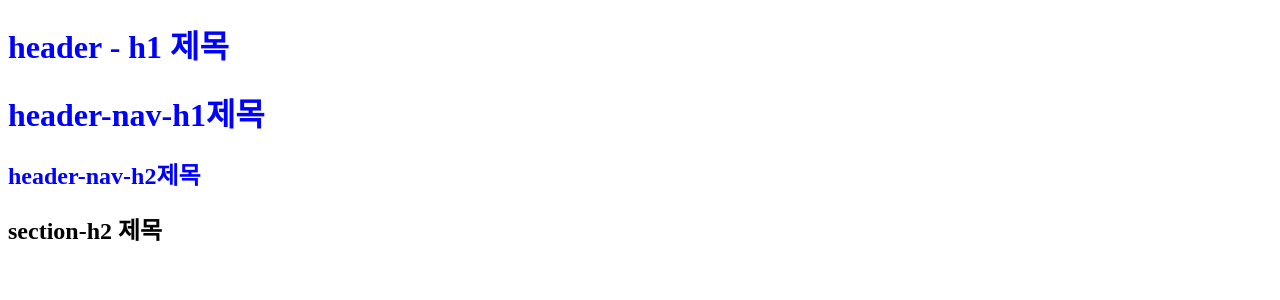
Repository: dudadab/Hhyundaiezwel_Academy
Page: CSS01/src/main/webapp/15_descSelector.html
An editor plug-in stored every save of this project. The page is shown before and after the next save, followed by the edit.
The browser window is 1280 px wide. The pictures show the whole page.

Above is the page before, as saved 2025-07-02 04:22:17.

### CSS01/src/main/webapp/15_descSelector.html
<!DOCTYPE html>
<html>
<head>
<meta charset="UTF-8">
<title>Insert title here</title>
<style>
	/*body  h1 {color:blue;}*/
	/*body div {color:red;}*/

	/*#header h1 {color:#ffee00;}
	#header h2 {color:#ff00ee;}*/

	#section h1 {color:#ffbb55;}

	#header h1, #header h2 {color:blue;}



</style>
</head>
<body>
	<div id="header">
		<h1 class="title">header - h1 제목</h1>
		<div id="nav">
			<h1>header-nav-h1제목</h1>
			<h2>header-nav-h2제목</h2>
		</div>
	</div>

<div id="section">
	<h2 class="title">section-h2 제목</h2>
</div>
</body>
</html>

After the next save:
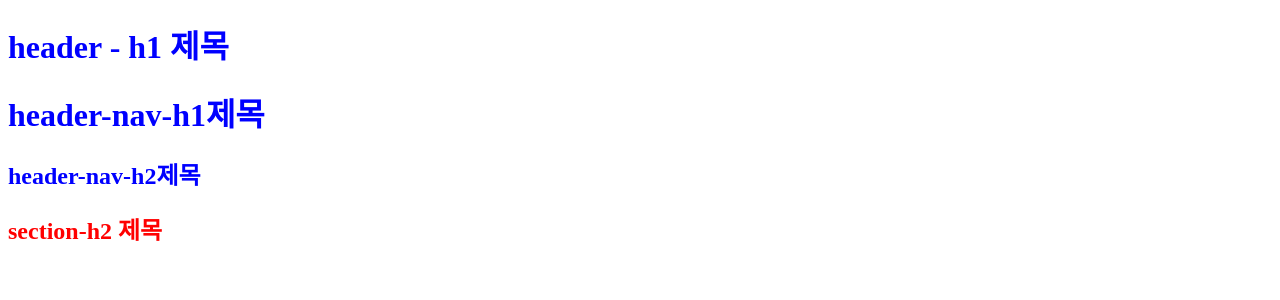
Saved 2 min 41 s later.
--- a/CSS01/src/main/webapp/15_descSelector.html
+++ b/CSS01/src/main/webapp/15_descSelector.html
@@ -12,7 +12,8 @@
 
 	#section h1 {color:#ffbb55;}
 
-	#header h1, #header h2 {color:blue;}
+	#header h1, h2 {color:red;} /*headr의 모든 h1과 문서 내 모든 h2*/
+	#header h1, #header h2 {color:blue;} /*header의 모든 h1과 문서 내 모든 h2*/
 
 
 
